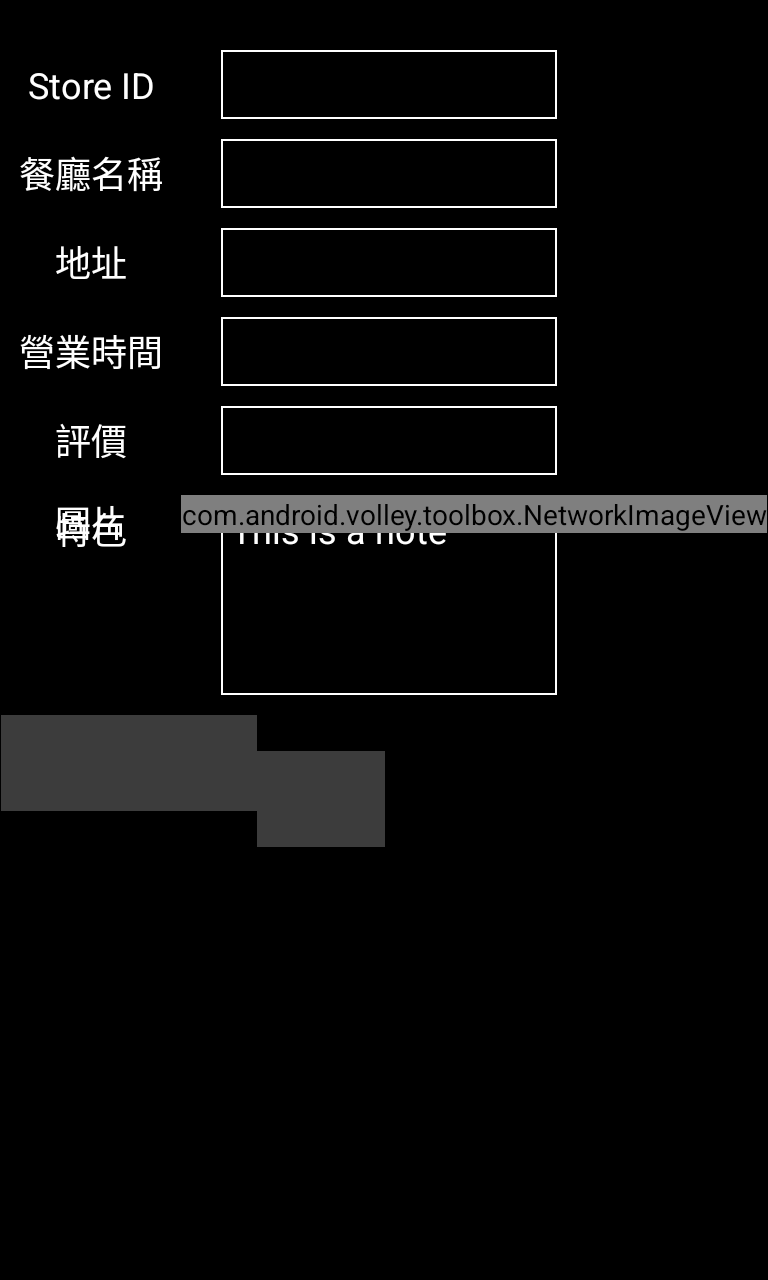
Repository: cnevinc/togather
Layout: GeorgeMe/res/layout/act_invatation.xml
The author's editor kept a copy of each file at every save. The layout is drawn from the files as they stood at one save, then again after the next save.
Pictures or frames that could not be fetched are drawn as grey boxes. It is drawn on a 768 x 1280 px phone screen (xhdpi) without system bars, with theme android:Theme.Holo; the app's code is not run.

Above is the layout before, as saved 2014-07-27 00:57:02.

### GeorgeMe/res/layout/act_invatation.xml
<?xml version="1.0" encoding="utf-8"?>
<RelativeLayout xmlns:android="http://schemas.android.com/apk/res/android"
    android:layout_width="match_parent"
    android:layout_height="match_parent"
    android:background="#000000"
    android:orientation="vertical" >

    <ScrollView
        android:layout_width="fill_parent"
        android:layout_height="wrap_content"
        android:layout_below="@+id/ll1"
        android:layout_centerHorizontal="true"
        android:layout_marginTop="15dp"
        android:fillViewport="true" >

        <RelativeLayout
            android:id="@+id/rel_r3"
            android:layout_width="fill_parent"
            android:layout_height="wrap_content" >

            <RelativeLayout
                android:id="@+id/rel_r1"
                android:layout_width="wrap_content"
                android:layout_height="wrap_content"
                android:layout_centerHorizontal="true"
                android:layout_marginTop="10dp"
                android:gravity="center|top" >

                <LinearLayout
                    android:id="@+id/lin_l1"
                    android:layout_width="wrap_content"
                    android:layout_height="wrap_content"
                    android:orientation="horizontal" >

                    <TextView
                        android:layout_width="90dp"
                        android:layout_height="wrap_content"
                        android:gravity="center"
                        android:text="Store ID"
                        android:textAppearance="?android:attr/textAppearanceMedium"
                        android:textColor="#ffffff" />

                    <EditText
                        android:id="@+id/et_store_id"
                        android:layout_width="wrap_content"
                        android:layout_height="wrap_content"
                        android:layout_marginLeft="20dp"
                        android:background="@drawable/edittext_border"
                        android:ems="8"
                        android:padding="5dp"
                        android:textColor="#ffffff" />
                </LinearLayout>

                <LinearLayout
                    android:id="@+id/lin_l2"
                    android:layout_width="wrap_content"
                    android:layout_height="wrap_content"
                    android:layout_below="@id/lin_l1"
                    android:layout_marginTop="10dp"
                    android:orientation="horizontal" >

                    <TextView
                        android:layout_width="90dp"
                        android:layout_height="wrap_content"
                        android:gravity="center"
                        android:text="餐廳名稱"
                        android:textAppearance="?android:attr/textAppearanceMedium"
                        android:textColor="#ffffff" />

                    <EditText
                        android:id="@+id/et_brand"
                        android:layout_width="wrap_content"
                        android:layout_height="wrap_content"
                        android:layout_marginLeft="20dp"
                        android:background="@drawable/edittext_border"
                        android:ems="8"
                        android:padding="5dp"
                        android:textColor="#ffffff" />
                </LinearLayout>

                <LinearLayout
                    android:id="@+id/lin_l3"
                    android:layout_width="wrap_content"
                    android:layout_height="wrap_content"
                    android:layout_below="@id/lin_l2"
                    android:layout_marginTop="10dp"
                    android:orientation="horizontal" >

                    <TextView
                        android:layout_width="90dp"
                        android:layout_height="wrap_content"
                        android:gravity="center"
                        android:text="地址"
                        android:textAppearance="?android:attr/textAppearanceMedium"
                        android:textColor="#ffffff" />

                    <EditText
                        android:id="@+id/et_model"
                        android:layout_width="wrap_content"
                        android:layout_height="wrap_content"
                        android:layout_marginLeft="20dp"
                        android:background="@drawable/edittext_border"
                        android:ems="8"
                        android:padding="5dp"
                        android:textColor="#ffffff" />
                </LinearLayout>

                <LinearLayout
                    android:id="@+id/lin_l4"
                    android:layout_width="wrap_content"
                    android:layout_height="wrap_content"
                    android:layout_below="@id/lin_l3"
                    android:layout_marginTop="10dp"
                    android:orientation="horizontal" >

                    <TextView
                        android:layout_width="90dp"
                        android:layout_height="wrap_content"
                        android:gravity="center"
                        android:text="營業時間"
                        android:textAppearance="?android:attr/textAppearanceMedium"
                        android:textColor="#ffffff" />

                    <EditText
                        android:id="@+id/et_os"
                        android:layout_width="wrap_content"
                        android:layout_height="wrap_content"
                        android:layout_marginLeft="20dp"
                        android:background="@drawable/edittext_border"
                        android:ems="8"
                        android:padding="5dp"
                        android:textColor="#ffffff" />
                </LinearLayout>

                <LinearLayout
                    android:id="@+id/lin_l5"
                    android:layout_width="wrap_content"
                    android:layout_height="wrap_content"
                    android:layout_below="@id/lin_l4"
                    android:layout_marginTop="10dp"
                    android:orientation="horizontal" >

                    <TextView
                        android:layout_width="90dp"
                        android:layout_height="wrap_content"
                        android:gravity="center"
                        android:text="評價"
                        android:textAppearance="?android:attr/textAppearanceMedium"
                        android:textColor="#ffffff" />

                    <EditText
                        android:id="@+id/et_date"
                        android:layout_width="wrap_content"
                        android:layout_height="wrap_content"
                        android:layout_marginLeft="20dp"
                        android:background="@drawable/edittext_border"
                        android:ems="8"
                        android:padding="5dp"
                        android:textColor="#ffffff" />
                </LinearLayout>

                <LinearLayout
                    android:id="@+id/lin_l6"
                    android:layout_width="wrap_content"
                    android:layout_height="wrap_content"
                    android:layout_below="@id/lin_l5"
                    android:layout_marginTop="10dp"
                    android:orientation="horizontal" >

                    <TextView
                        android:layout_width="90dp"
                        android:layout_height="wrap_content"
                        android:gravity="center"
                        android:text="特色"
                        android:textAppearance="?android:attr/textAppearanceMedium"
                        android:textColor="#ffffff" />

                    <EditText
                        android:id="@+id/et_notes"
                        android:layout_width="wrap_content"
                        android:layout_height="100dp"
                        android:layout_marginLeft="20dp"
                        android:background="@drawable/edittext_border"
                        android:ems="8"
                        android:gravity="left|top"
                        android:padding="5dp"
                        android:text="This is a note"
                        android:textColor="#ffffff" />
                </LinearLayout>

                <LinearLayout
                    android:layout_width="wrap_content"
                    android:layout_height="wrap_content"
                    android:layout_below="@id/lin_l5"
                    android:layout_marginTop="10dp"
                    android:orientation="horizontal" >

                    <TextView
                        android:layout_width="90dp"
                        android:layout_height="wrap_content"
                        android:gravity="center"
                        android:text="圖片"
                        android:textAppearance="?android:attr/textAppearanceMedium"
                        android:textColor="#ffffff" />

                    <com.android.volley.toolbox.NetworkImageView
                        xmlns:app="http://schemas.android.com/apk/res-auto"
                        android:id="@+id/thumbail"
                        android:layout_width="wrap_content"
                        android:layout_height="wrap_content"
                        android:layout_centerVertical="true"
                        android:background="@drawable/ic_launcher" />
                </LinearLayout>

                <LinearLayout
                    android:id="@+id/lin_l7"
                    android:layout_width="wrap_content"
                    android:layout_height="wrap_content"
                    android:layout_below="@id/lin_l6"
                    android:layout_marginTop="10dp"
                    android:orientation="horizontal" >

                    <Button
                        android:id="@+id/btn_p"
                        android:layout_width="wrap_content"
                        android:layout_height="wrap_content"
                        android:background="#3c3c3c"
                        android:textAppearance="?android:attr/textAppearanceMedium"
                        android:textColor="#ffffff" />

                    <Button
                        android:id="@+id/btn_ok"
                        android:layout_width="wrap_content"
                        android:layout_height="wrap_content"
                        android:background="#3c3c3c"
                        android:textAppearance="?android:attr/textAppearanceMedium"
                        android:textColor="#ffffff" />

                    <Button
                        android:id="@+id/btn_cancel"
android:layout_width="wrap_content"
                    android:layout_height="wrap_content"
                                           android:layout_below="@+id/lin_l7"
                        android:layout_centerInParent="true"
                        android:layout_marginBottom="20dp"
                        android:layout_marginTop="18dp"
                        android:background="#3c3c3c"
                        android:textAppearance="?android:attr/textAppearanceMedium"
                        android:textColor="#ffffff" />
                </LinearLayout>
            </RelativeLayout>
        </RelativeLayout>
    </ScrollView>

</RelativeLayout>

### GeorgeMe/res/drawable/edittext_border.xml
<?xml version="1.0" encoding="utf-8"?>
<shape xmlns:android="http://schemas.android.com/apk/res/android"
    android:shape="rectangle" >

    <solid android:color="#000000" />

    <stroke
        android:width="2px"
        android:color="#FFFFFF" />

</shape>

After the next save:
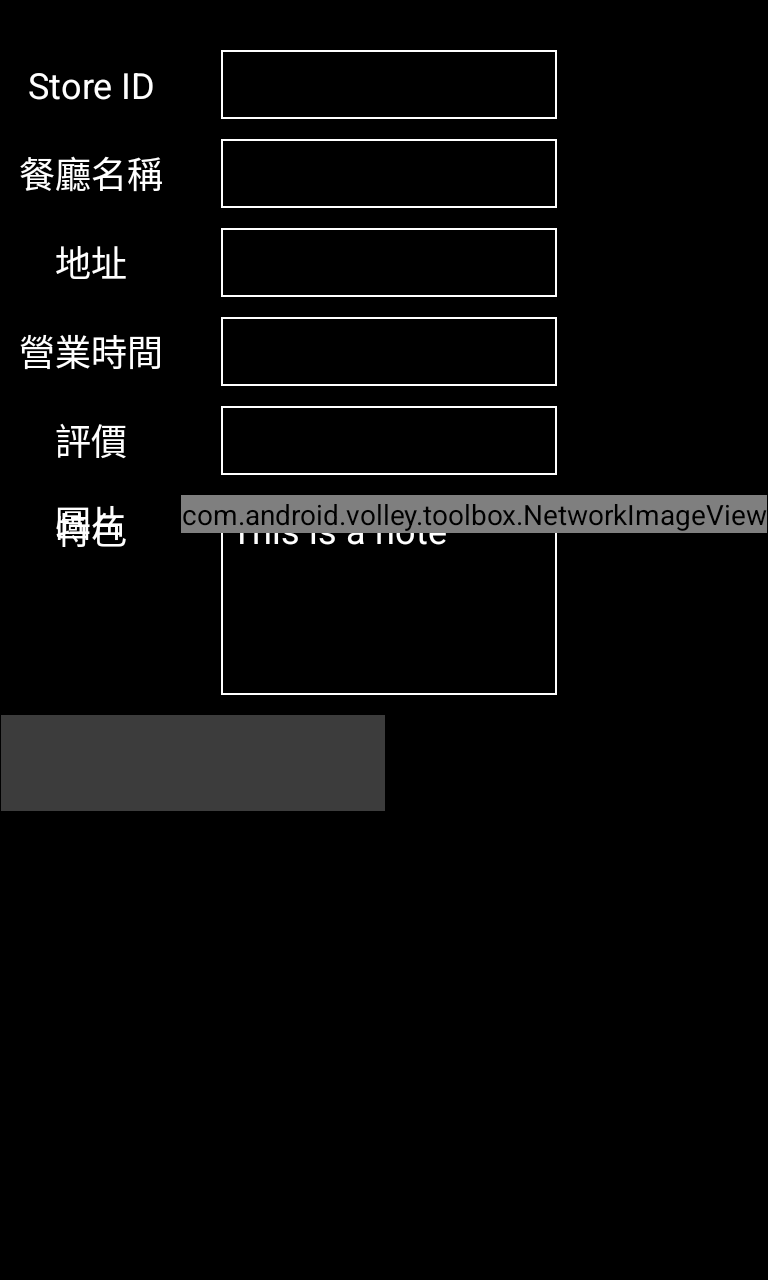
Saved 15 s later.
--- a/GeorgeMe/res/layout/act_invatation.xml
+++ b/GeorgeMe/res/layout/act_invatation.xml
@@ -238,12 +238,8 @@
 
                     <Button
                         android:id="@+id/btn_cancel"
-android:layout_width="wrap_content"
-                    android:layout_height="wrap_content"
-                                           android:layout_below="@+id/lin_l7"
-                        android:layout_centerInParent="true"
-                        android:layout_marginBottom="20dp"
-                        android:layout_marginTop="18dp"
+                        android:layout_width="wrap_content"
+                        android:layout_height="wrap_content"
                         android:background="#3c3c3c"
                         android:textAppearance="?android:attr/textAppearanceMedium"
                         android:textColor="#ffffff" />
